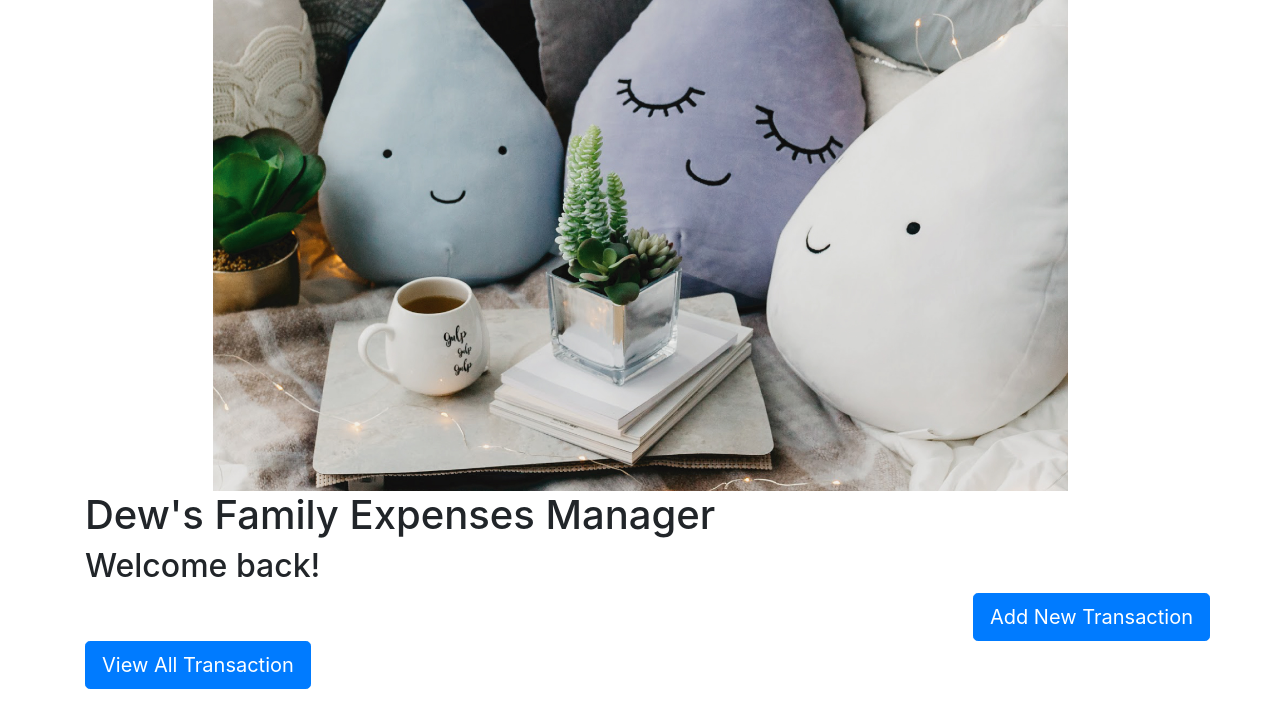
Repository: yucheng91/CI3-expenses-manager
Page: http://localhost/home
The author's editor kept a record of every edit. The page is drawn from the files as they stood at one moment, then again after the next edit.
The browser window is 1280 px wide. The pictures show the whole page.
The page is served by the project's application, run on Flask 3 (app.py).

Above is the page before.

### templates/index.html
<!doctype html>
<html lang="en">

<head>
    <!-- Required meta tags -->
    <meta charset="utf-8">
    <meta name="viewport" content="width=device-width, initial-scale=1, shrink-to-fit=no">

    <!-- Bootstrap CSS -->
    <link rel="stylesheet" href="https://stackpath.bootstrapcdn.com/bootstrap/4.3.1/css/bootstrap.min.css" integrity="sha384-ggOyR0iXCbMQv3Xipma34MD+dH/1fQ784/j6cY/iJTQUOhcWr7x9JvoRxT2MZw1T" crossorigin="anonymous">
    <link rel="stylesheet" href="../static/style.css" type="text/css" />

    <title>Family Expenses Manager</title>
</head>

<body>
    <div class='container'>
        <div class="row">
            <img src="../images/dew.jpg">
        </div>
        <h1>Dew's Family Expenses Manager</h1>
        <h2>Welcome back!</h2>
        <div class='row'>
        <div class='col'></div>
        <button type="button" class="btn btn-primary btn-lg">Add New Transaction</button>
        </div>
        <button type="button" class="btn btn-primary btn-lg">View All Transaction</button>
        </div>
    </div>

    <!-- Optional JavaScript -->
    <!-- jQuery first, then Popper.js, then Bootstrap JS -->
    <script src="https://code.jquery.com/jquery-3.3.1.slim.min.js" integrity="sha384-q8i/X+965DzO0rT7abK41JStQIAqVgRVzpbzo5smXKp4YfRvH+8abtTE1Pi6jizo" crossorigin="anonymous"></script>
    <script src="https://cdnjs.cloudflare.com/ajax/libs/popper.js/1.14.7/umd/popper.min.js" integrity="sha384-UO2eT0CpHqdSJQ6hJty5KVphtPhzWj9WO1clHTMGa3JDZwrnQq4sF86dIHNDz0W1" crossorigin="anonymous"></script>
    <script src="https://stackpath.bootstrapcdn.com/bootstrap/4.3.1/js/bootstrap.min.js" integrity="sha384-JjSmVgyd0p3pXB1rRibZUAYoIIy6OrQ6VrjIEaFf/nJGzIxFDsf4x0xIM+B07jRM" crossorigin="anonymous"></script>
</body>

</html>

### app.py
from flask import Flask, render_template, request, redirect, url_for
import os
import pymysql

connection = pymysql.connect(
    host='localhost', # IP address of the database; localhost means "the local machine"
    user="yucheng91",  #the mysql user
    password="coconuty", #the password for the user
    database="expenses" #the name of database we want to use
)

#if PHP doesn't show, perform $ sudo apt-get install --reinstall libapache2-mod-php7.2

app = Flask(__name__)

@app.route('/home')
def home():
    return render_template('index.html')

@app.route('/view-all')
def viewall():
    cursor = connection.cursor(pymysql.cursors.DictCursor)
    sql = "SELECT * FROM transaction JOIN categories ON transaction.categoriesid = categories.id JOIN mode ON transaction.modeid = mode.id JOIN account on transaction.accountid = account.id"
    cursor.execute(sql)
    results = []
    for r in cursor:
         results.append(r)

    sql = "SELECT SUM(debit) AS totaldebit FROM transaction"
    cursor.execute(sql)
    totaldebit = cursor.fetchone()

    sql = "SELECT SUM(credit) AS totalcredit FROM transaction"
    cursor.execute(sql)
    totalcredit = cursor.fetchone()

    sql = "SELECT (SELECT SUM(debit) AS sumdebit FROM transaction) - (SELECT SUM(credit) AS sumcredit FROM transaction) AS balance FROM transaction"
    cursor.execute(sql)
    balance = cursor.fetchone()

    return render_template('transaction_overview.html', data=results, totaldebit = totaldebit, totalcredit = totalcredit,balance=balance)

@app.route('/new-transaction/', methods=["GET"])
def addtransaction():

    cursor = connection.cursor(pymysql.cursors.DictCursor)
    sql = "SELECT * FROM mode"
    # fetch all genres and store it in a list
    cursor.execute(sql)
    mode = []
    for r in cursor:
        mode.append({
            'id' : r['id'],
            'name': r['mname']
        })

    # fetch all media type and store it in a list
    sql = "SELECT * FROM categories"
    cursor.execute(sql)
    categories = []
    for r in cursor:
        categories.append({
            'id':r['id'],
            'name': r['cname']
        })

    # fetch all media type and store it in a list
    sql = "SELECT * FROM account"
    cursor.execute(sql)
    account = []
    for r in cursor:
        account.append({
            'id':r['id'],
            'name': r['aname']
        })

    sql = "SELECT * FROM tag"
    cursor.execute(sql)
    tag = []
    for r in cursor:
        tag.append({
            'id':r['id'],
            'name': r['tname']
        })

    return render_template('new_transaction.html', mode=mode, categories=categories, account=account, tag=tag)

@app.route('/new-transaction/', methods=["POST"])
def process_addtransaction():
    transaction_name = request.form.get("transaction")
    category_name = request.form.get("category")
    mode_name = request.form.get("mode")
    by_name = request.form.get("by")
    debit_name = request.form.get("debit")
    if request.form.get("debit") == "":
        debit_name = "0"

    credit_name = request.form.get("credit")
    if request.form.get("credit") == "":
        credit_name = "0"

    cursor = connection.cursor(pymysql.cursors.DictCursor)

    sql = "INSERT INTO transaction (description,categoriesid,modeid,accountid,debit,credit) VALUE (%s,%s,%s,%s,%s,%s)"
    cursor.execute(sql,[transaction_name,category_name,mode_name,by_name,debit_name,credit_name])

    transactionid = cursor.lastrowid
    tagid = request.form.getlist("tag")
    for t in tagid:
        sql = "INSERT INTO transactiontag (transactionid,tagid) VALUE (%s,%s)"
        cursor.execute(sql,[transactionid,t])

    connection.commit()
    return redirect(url_for('viewall'))

# Edit transaction
@app.route('/view-all/edit/<id>')
def edit_transaction(id):

    cursor = connection.cursor(pymysql.cursors.DictCursor)
    sql = "SELECT * FROM transaction WHERE id = {}".format(id)
    cursor.execute(sql)
    transaction = cursor.fetchone()

    sql = "SELECT * FROM mode"
    # fetch all genres and store it in a list
    cursor.execute(sql)
    mode = []
    for r in cursor:
        mode.append({
            'id' : r['id'],
            'name': r['mname']
        })

    # fetch all media type and store it in a list
    sql = "SELECT * FROM categories"
    cursor.execute(sql)
    categories = []
    for r in cursor:
        categories.append({
            'id':r['id'],
            'name': r['cname']
        })

    # fetch all media type and store it in a list
    sql = "SELECT * FROM account"
    cursor.execute(sql)
    account = []
    for r in cursor:
        account.append({
            'id':r['id'],
            'name': r['aname']
        })

    sql = "SELECT * FROM tag"
    cursor.execute(sql)
    tag = []
    for r in cursor:
        tag.append({
            'id':r['id'],
            'name': r['tname']
        })

    return render_template('edit_transaction.html', transaction = transaction, mode=mode, categories=categories, account=account, tag=tag)

@app.route('/view-all/edit/<id>', methods=['POST'])
def update_transaction(id):
    transaction_name = request.form.get("transaction")
    category_name = request.form.get("category")
    mode_name = request.form.get("mode")
    by_name = request.form.get("by")
    debit_name = request.form.get("debit")
    if request.form.get("debit") == "":
        debit_name = "0"

    credit_name = request.form.get("credit")
    if request.form.get("credit") == "":
        credit_name = "0"

    cursor = connection.cursor(pymysql.cursors.DictCursor)

    cursor.execute("UPDATE transaction SET description = '{}',categoriesid = '{}',modeid = '{}',accountid = '{}',debit = '{}',credit = '{}' WHERE id = {}".format(transaction_name,category_name,mode_name,by_name,debit_name,credit_name,id))

    connection.commit()
    return redirect(url_for('viewall'))

# "magic code" -- boilerplate
if __name__ == '__main__':
    app.run(host=os.environ.get('IP'),
            port=int(os.environ.get('PORT')),
            debug=True)

### static/style.css
img {
    width:75%;
    margin-left:auto;
    margin-right:auto;
}

After the next edit:
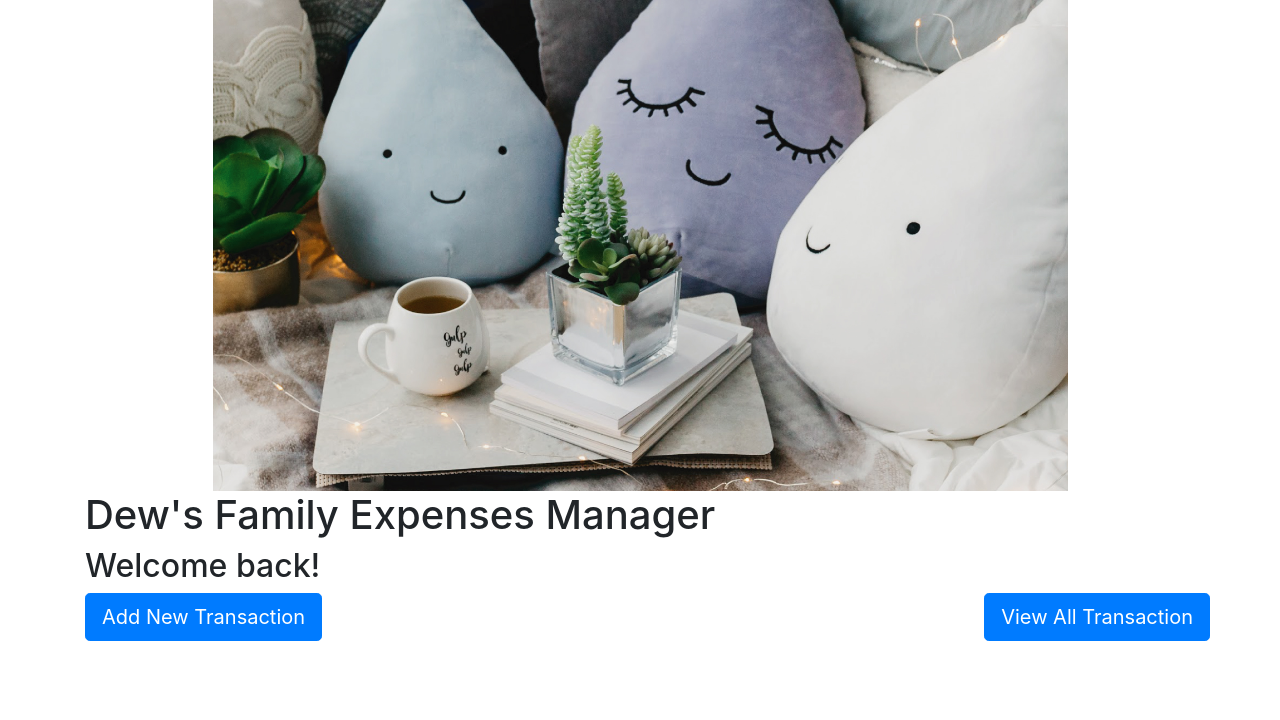
The edit:
--- a/templates/index.html
+++ b/templates/index.html
@@ -21,7 +21,7 @@
         <h1>Dew's Family Expenses Manager</h1>
         <h2>Welcome back!</h2>
         <div class='row'>
-        <div class='col'></div>
+        <div class='col'>
         <button type="button" class="btn btn-primary btn-lg">Add New Transaction</button>
         </div>
         <button type="button" class="btn btn-primary btn-lg">View All Transaction</button>
